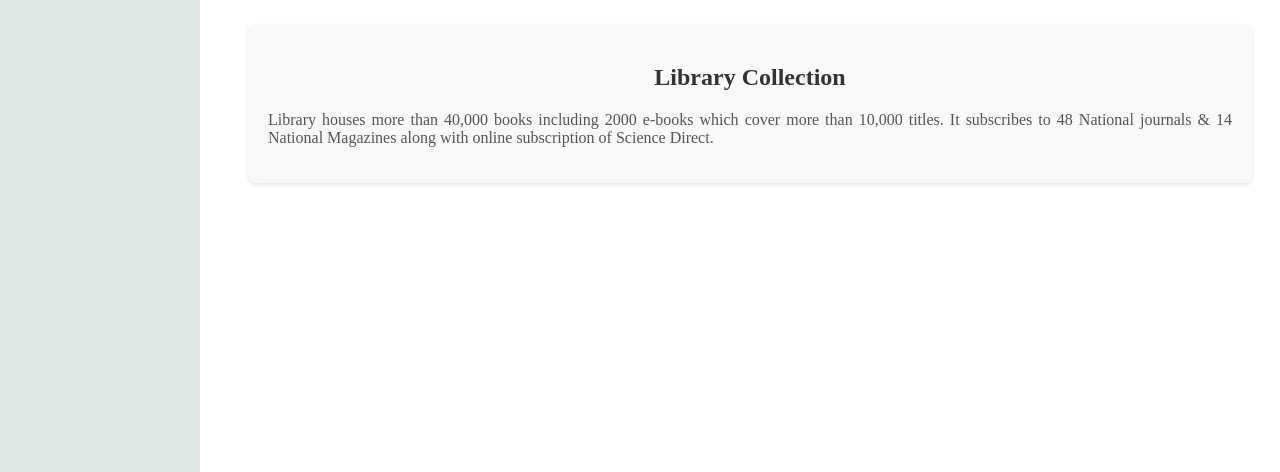
Repository: TejasS1233/MINITHON-hackathon-project
Page: Rishit.html
The author's editor kept a copy of each file at every save. The page is drawn from the files as they stood at one save, then again after the next save.
The browser window is 1280 px wide. The pictures show the part of the page from y = 248 to 750 px (the page is 720 px tall before and 750 px after).

Above is the page before, as saved 2024-09-20 10:51:33.

After the next save:
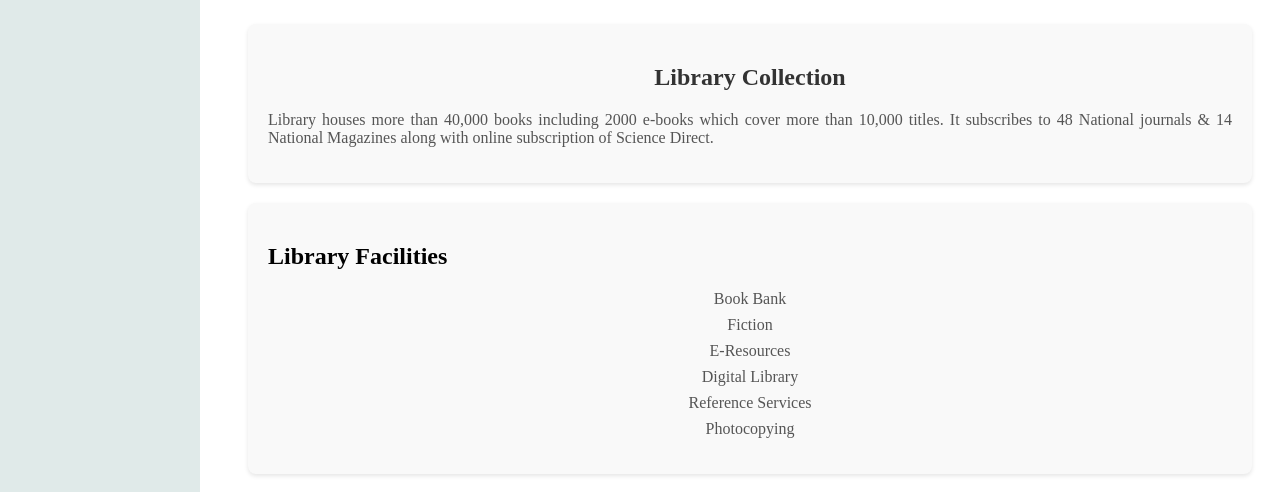
Saved 46 s later.
--- a/Rishit.html
+++ b/Rishit.html
@@ -59,6 +59,25 @@
             text-align: justify;
             color: #555;
         }
+
+        .facilities-container {
+            background-color: #f9f9f9;
+            padding: 20px;
+            border-radius: 8px;
+            box-shadow: 0 2px 4px rgba(0, 0, 0, 0.1);
+            margin-top: 20px;
+        }
+
+        .facilities-container ul {
+            list-style-type: none;
+            padding: 0;
+            color: #555;
+        }
+
+        .facilities-container li {
+            margin: 8px 0;
+            text-align: center;
+        }
     </style>
 </head>
 <body>
@@ -82,6 +101,19 @@
             <h2>Library Collection</h2>
             <p>Library houses more than 40,000 books including 2000 e-books which cover more than 10,000 titles. It subscribes to 48 National journals & 14 National Magazines along with online subscription of Science Direct.</p>
         </div>
+
+        <!-- Facilities Container -->
+        <div class="facilities-container">
+            <h2>Library Facilities</h2>
+            <ul>
+                <li>Book Bank</li>
+                <li>Fiction</li>
+                <li>E-Resources</li>
+                <li>Digital Library</li>
+                <li>Reference Services</li>
+                <li>Photocopying</li>
+            </ul>
+        </div>
     </div>
 </body>
 </html>
